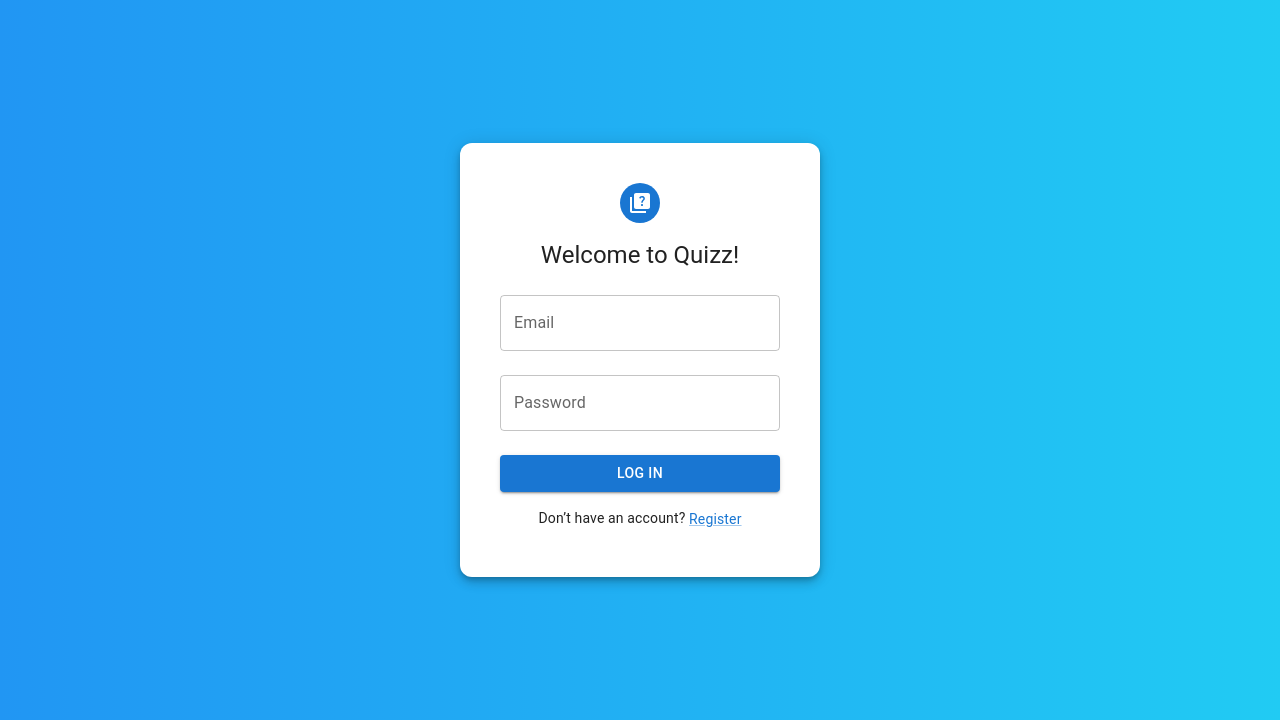
Repository: lalit9168/quizApp
Page: / (app in frontend/)
An editor plug-in stored every save of this project. The page is shown before and after the next save, followed by the edit.
The browser window is 1280 px wide. The pictures show the whole page.
The project was rebuilt for these pictures with package versions that can differ from the ones it lists, and the page was loaded fresh each time. Also part of the build but not shown: frontend/vite.config.js, frontend/src/index.css, frontend/src/Components/Home/Home.jsx, frontend/src/Components/PrivateRoute.jsx, frontend/src/Components/api.js, frontend/src/Components/Quiz/QuizPage.jsx, frontend/src/Components/Quiz/QuizDash.jsx, frontend/src/Components/Quiz/AttemptQuiz.jsx.

Above is the page before, as saved 2025-06-05 15:44:22.

After the next save:
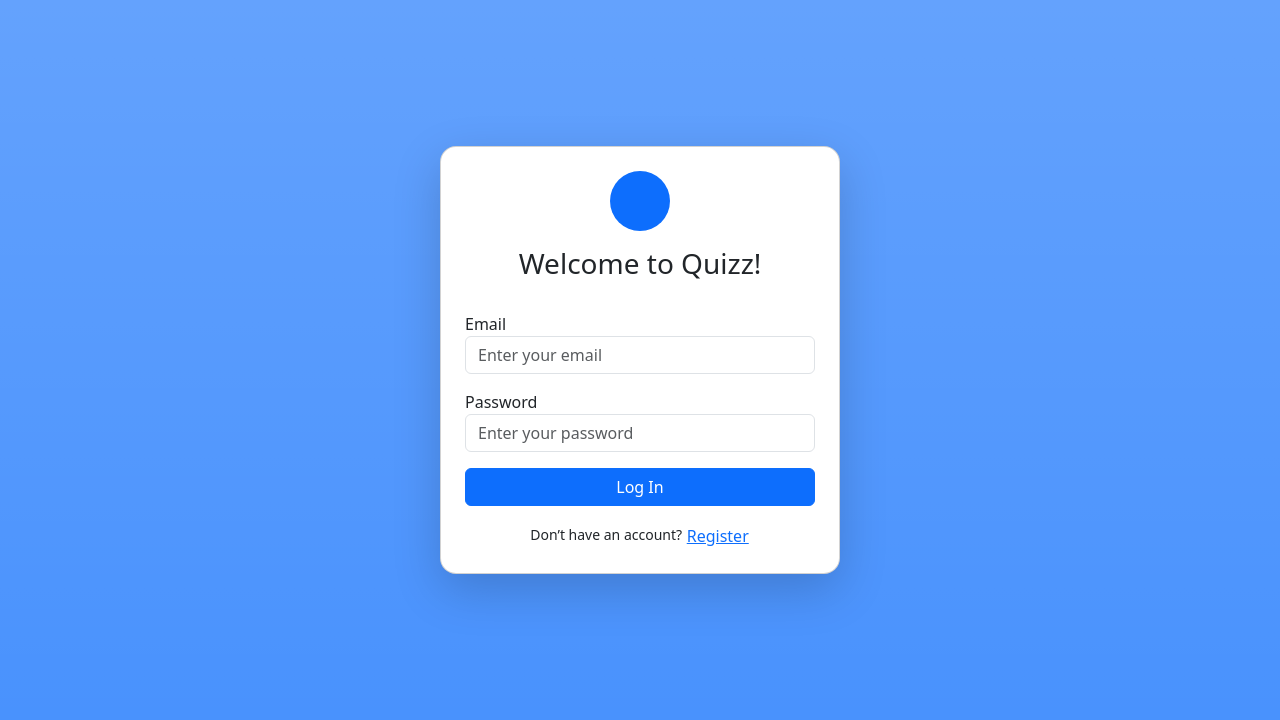
Saved 4 min 19 s later.
--- a/frontend/src/Components/Login/Login.jsx
+++ b/frontend/src/Components/Login/Login.jsx
@@ -1,8 +1,4 @@
 import React, { useState } from 'react';
-import {
-  Box, Button, Card, CardContent, TextField, Typography, Avatar, Link, FormControlLabel, Checkbox
-} from '@mui/material';
-import QuizIcon from '@mui/icons-material/Quiz';
 import axios from 'axios';
 import { useNavigate } from 'react-router-dom';
 
@@ -38,84 +34,74 @@ function LoginPage() {
   };
 
   return (
-    <Box
-      sx={{
-        minHeight: '100vh',
-        background: 'linear-gradient(to right, #2196f3, #21cbf3)',
-        display: 'flex',
-        justifyContent: 'center',
-        alignItems: 'center',
-      }}
-    >
-      <Card sx={{ width: 360, padding: 3, borderRadius: 3, boxShadow: 6 }}>
-        <CardContent sx={{ display: 'flex', flexDirection: 'column', alignItems: 'center' }}>
-          <Avatar sx={{ bgcolor: '#1976d2', mb: 2 }}>
-            <QuizIcon />
-          </Avatar>
-          <Typography variant="h5" gutterBottom>
-            {isRegister ? 'Create an Account' : 'Welcome to Quizz!'}
-          </Typography>
-          <TextField
-            label="Email"
+    <div className="d-flex align-items-center justify-content-center min-vh-100 bg-gradient bg-primary bg-opacity-75">
+      <div className="card shadow-lg p-4" style={{ maxWidth: '400px', width: '100%', borderRadius: '1rem' }}>
+        <div className="text-center mb-4">
+          <div className="bg-primary text-white rounded-circle d-inline-flex justify-content-center align-items-center"
+               style={{ width: '60px', height: '60px' }}>
+            <i className="bi bi-question-circle fs-3"></i>
+          </div>
+          <h3 className="mt-3">{isRegister ? 'Create an Account' : 'Welcome to Quizz!'}</h3>
+        </div>
+        <div className="form-group mb-3">
+          <label>Email</label>
+          <input
             type="email"
             name="email"
-            fullWidth
-            variant="outlined"
-            margin="normal"
+            className="form-control"
             value={formData.email}
             onChange={handleChange}
+            placeholder="Enter your email"
           />
-          <TextField
-            label="Password"
+        </div>
+        <div className="form-group mb-3">
+          <label>Password</label>
+          <input
             type="password"
             name="password"
-            fullWidth
-            variant="outlined"
-            margin="normal"
+            className="form-control"
             value={formData.password}
             onChange={handleChange}
+            placeholder="Enter your password"
           />
-          {isRegister && (
-            <FormControlLabel
-              control={
-                <Checkbox
-                  checked={formData.role === 'admin'}
-                  onChange={handleChange}
-                  name="role"
-                />
-              }
-              label="Register as Admin"
+        </div>
+        {isRegister && (
+          <div className="form-check mb-3">
+            <input
+              type="checkbox"
+              className="form-check-input"
+              id="adminCheck"
+              name="role"
+              checked={formData.role === 'admin'}
+              onChange={handleChange}
             />
+            <label className="form-check-label" htmlFor="adminCheck">
+              Register as Admin
+            </label>
+          </div>
+        )}
+        <button className="btn btn-primary w-100 mb-3" onClick={handleSubmit}>
+          {isRegister ? 'Register' : 'Log In'}
+        </button>
+        <div className="text-center">
+          {isRegister ? (
+            <small>
+              Already have an account?{' '}
+              <button className="btn btn-link p-0" onClick={() => setIsRegister(false)}>
+                Log in
+              </button>
+            </small>
+          ) : (
+            <small>
+              Don’t have an account?{' '}
+              <button className="btn btn-link p-0" onClick={() => setIsRegister(true)}>
+                Register
+              </button>
+            </small>
           )}
-          <Button
-            variant="contained"
-            color="primary"
-            fullWidth
-            sx={{ mt: 2 }}
-            onClick={handleSubmit}
-          >
-            {isRegister ? 'Register' : 'Log In'}
-          </Button>
-          <Typography variant="body2" sx={{ mt: 2 }}>
-            {isRegister ? (
-              <>
-                Already have an account?{' '}
-                <Link component="button" onClick={() => setIsRegister(false)}>
-                  Log in
-                </Link>
-              </>
-            ) : (
-              <>
-                Don’t have an account?{' '}
-                <Link component="button" onClick={() => setIsRegister(true)}>
-                  Register
-                </Link>
-              </>
-            )}
-          </Typography>
-        </CardContent>
-      </Card>
-    </Box>
+        </div>
+      </div>
+    </div>
   );
 }
 
